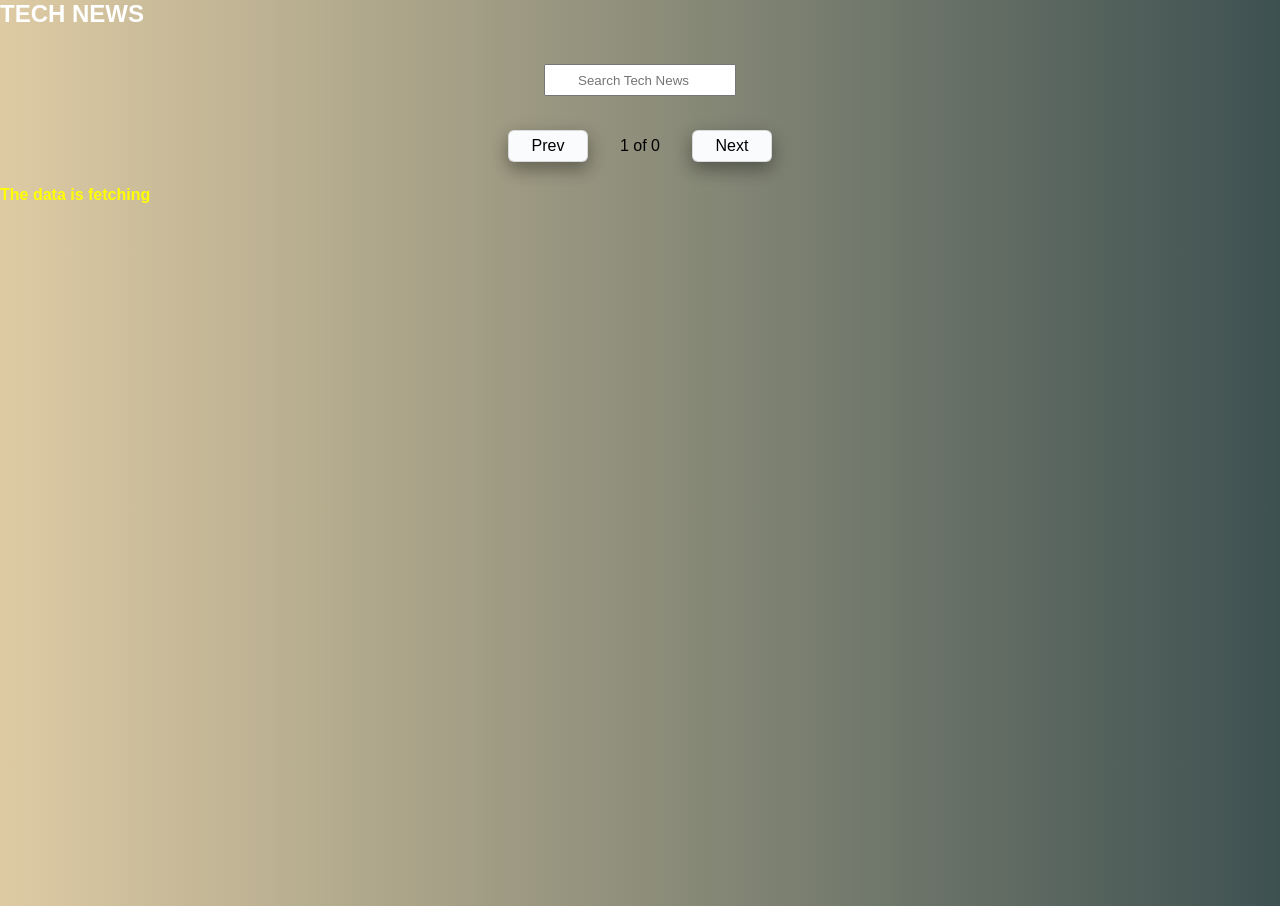
Repository: suraj-yadav7/TechNews
Page: /
An editor plug-in stored every save of this project. The page is shown before and after the next save, followed by the edit.
The browser window is 1280 px wide. The pictures show the whole page.
The page's requests for data from a server got no answer. The project was rebuilt for these pictures with package versions that can differ from the ones it lists, and the page was loaded fresh each time. No one was signed in, and anything a server would have sent is missing.

Above is the page before, as saved 2023-04-28 10:58:49.

After the next save:
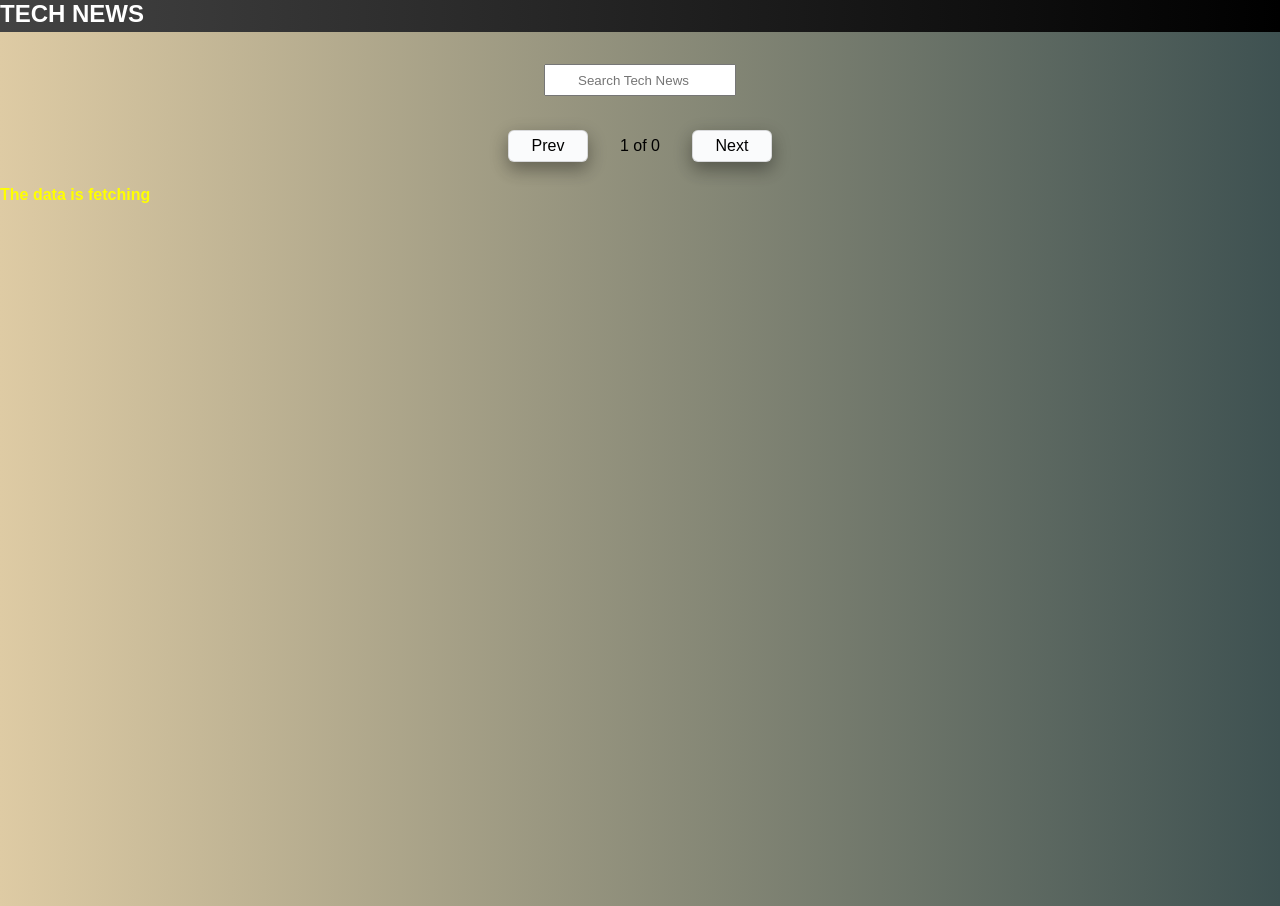
Saved 23 s later.
--- a/src/App.css
+++ b/src/App.css
@@ -9,7 +9,7 @@
   .navbar{
     width: 100%;
     height: 2rem;
-    background-image: linear-gradient(to right, #DECBA4, #3E5151);
+    background-image: linear-gradient(to right, #434343 0%, black 100%);
     color:#fff;
   }
 
